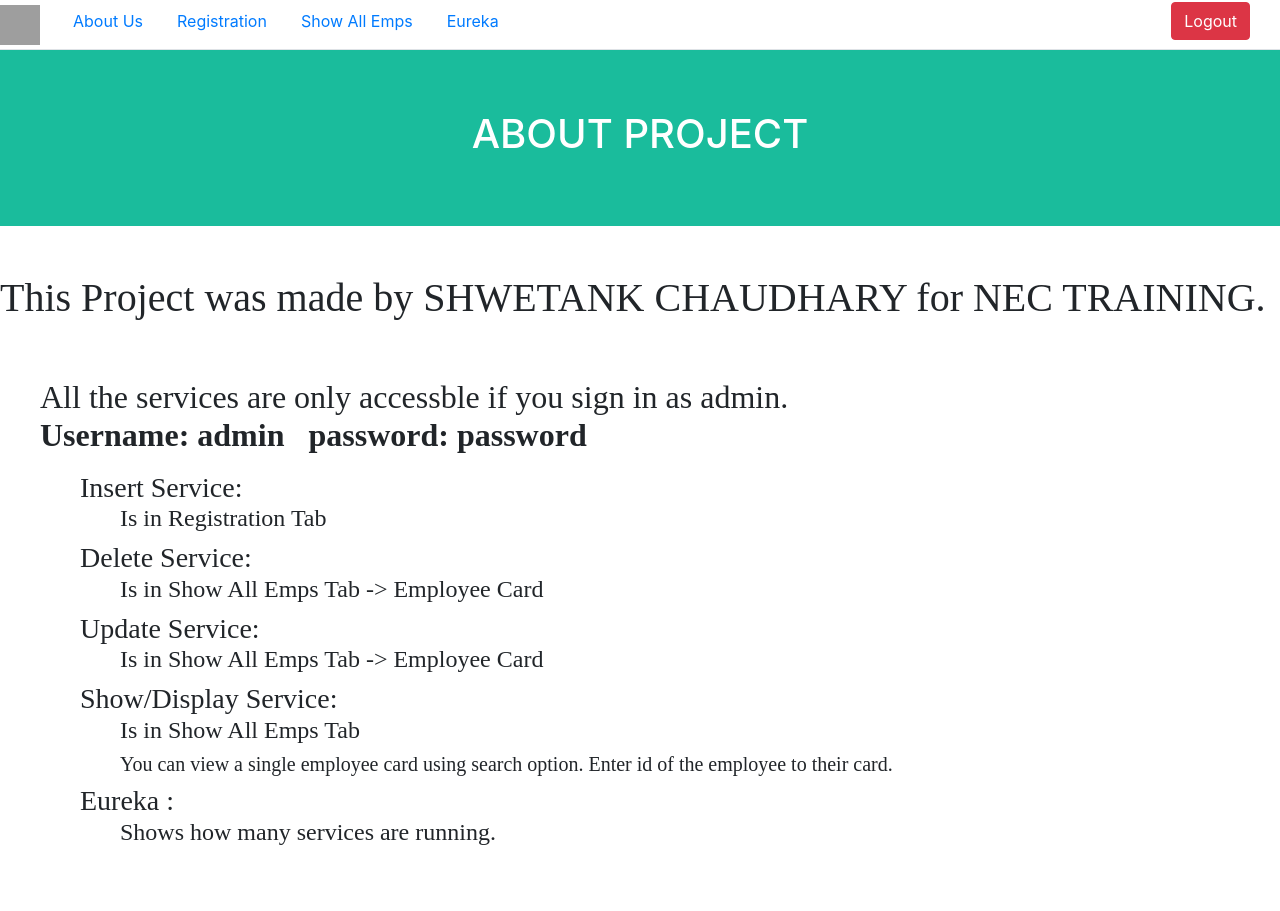
Repository: Shwetank-Chaudhary/EmployeeManagement-
Page: HomePage/src/main/webapp/AboutUs.html
The author's editor kept a copy of each file at every save. The page is drawn from the files as they stood at one save, then again after the next save.
The browser window is 1280 px wide. The pictures show the whole page.
Pictures or frames that could not be fetched are drawn as grey boxes.

Above is the page before, as saved 2024-01-01 19:20:56.

After the next save:
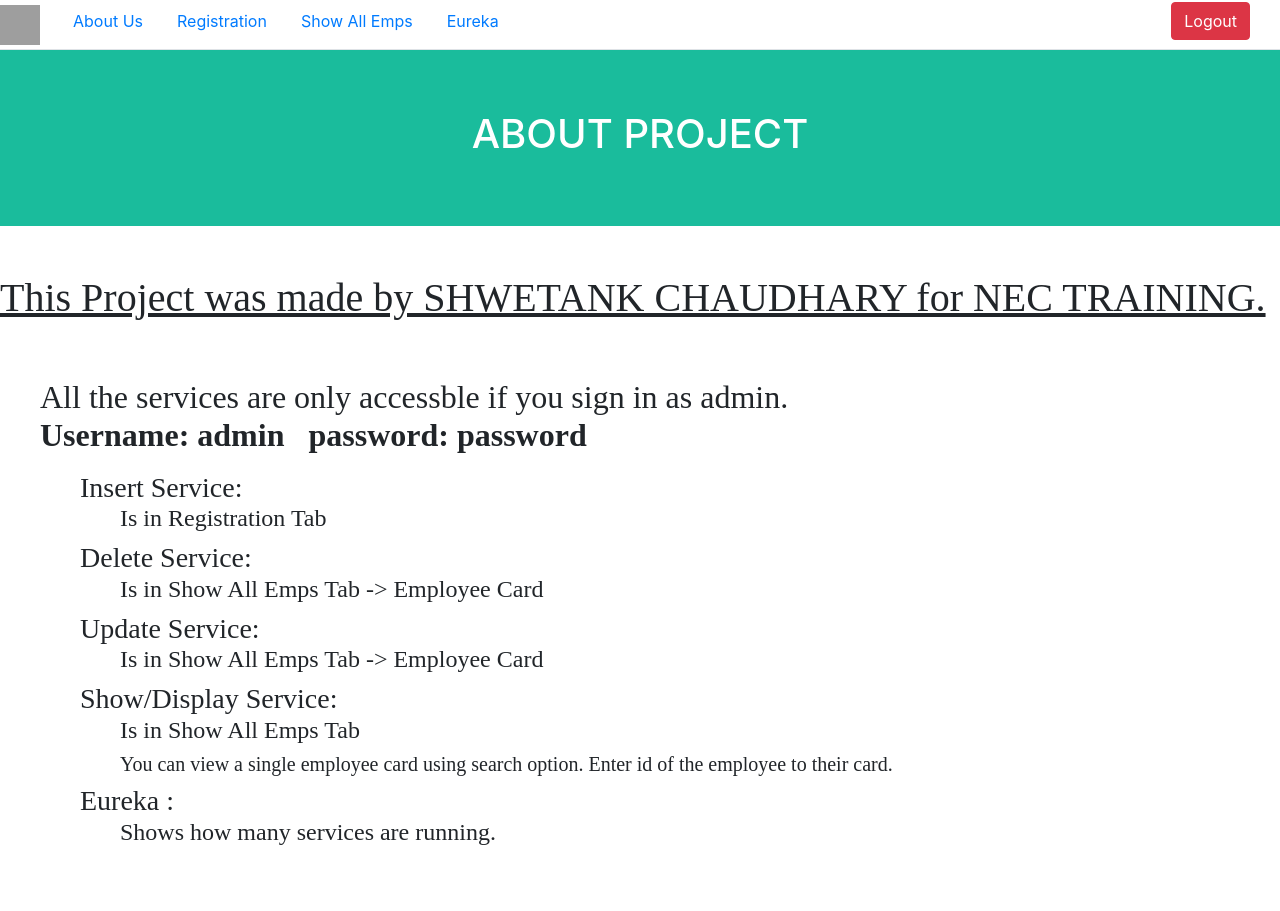
Saved 18 s later.
--- a/HomePage/src/main/webapp/AboutUs.html
+++ b/HomePage/src/main/webapp/AboutUs.html
@@ -59,7 +59,7 @@
 		<h1>ABOUT PROJECT</h1>
 	</div>
 	<div class="content"><br><br>
-	<h1> This Project was made by SHWETANK CHAUDHARY for NEC TRAINING.</h1><br><br>
+	<h1><u> This Project was made by SHWETANK CHAUDHARY for NEC TRAINING.</u></h1><br><br>
 		<ul>
 			<h2>All the services are only accessble if you sign in as admin.<br>
 				<b>Username: admin &nbsp; password: password</b>
